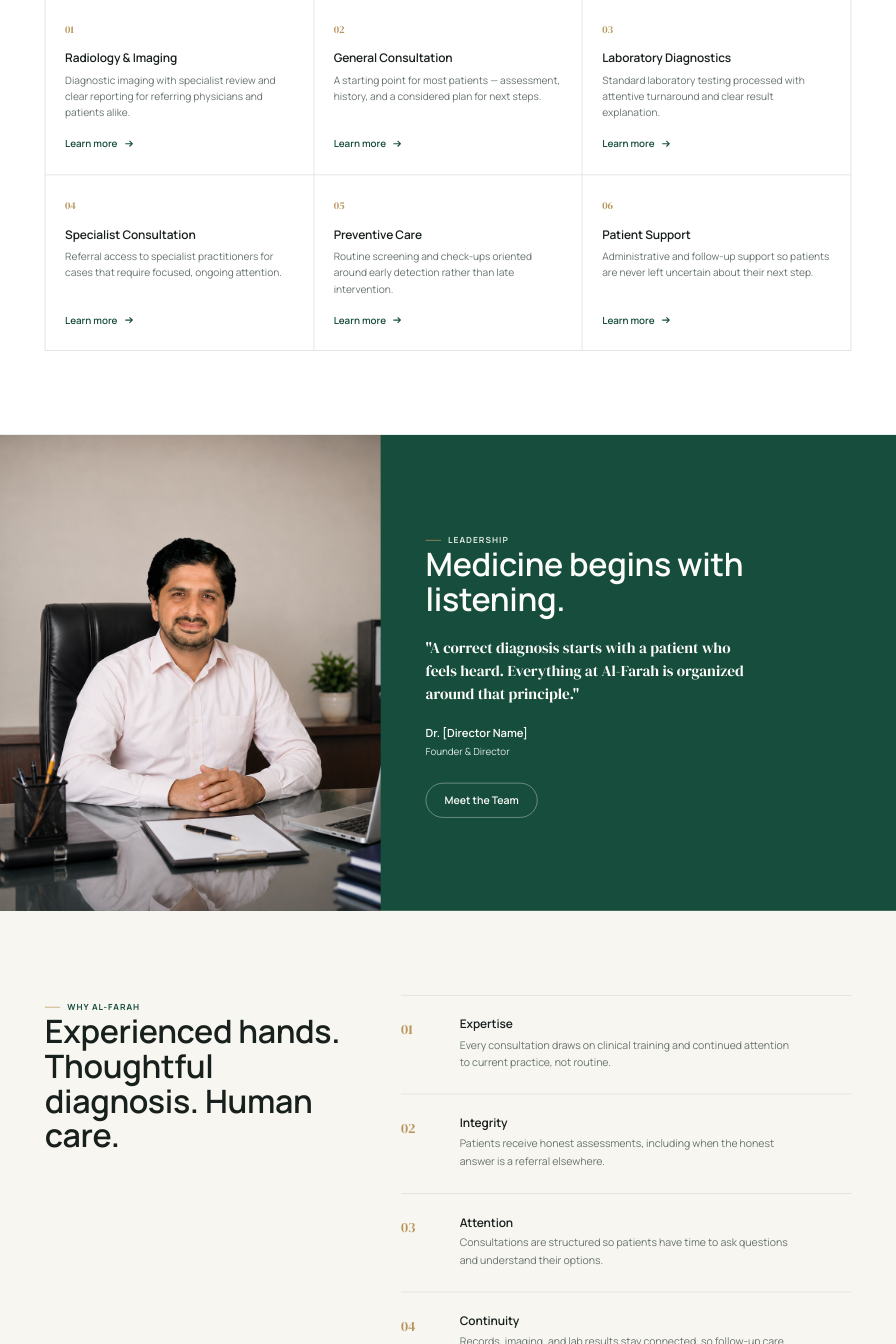
Repository: mraeesaziz45/al-farah
Page: index.html
These files come from the project's save history. The page is drawn as it stood at one moment and after the next save; the edit follows.
The browser window is 1280 px wide. The pictures show the part of the page from y = 1896 to 3816 px (the page is 5846 px tall), at 70% of full size.

Above is the page before, as saved 2026-09-08 17:59:12.

After the next save:
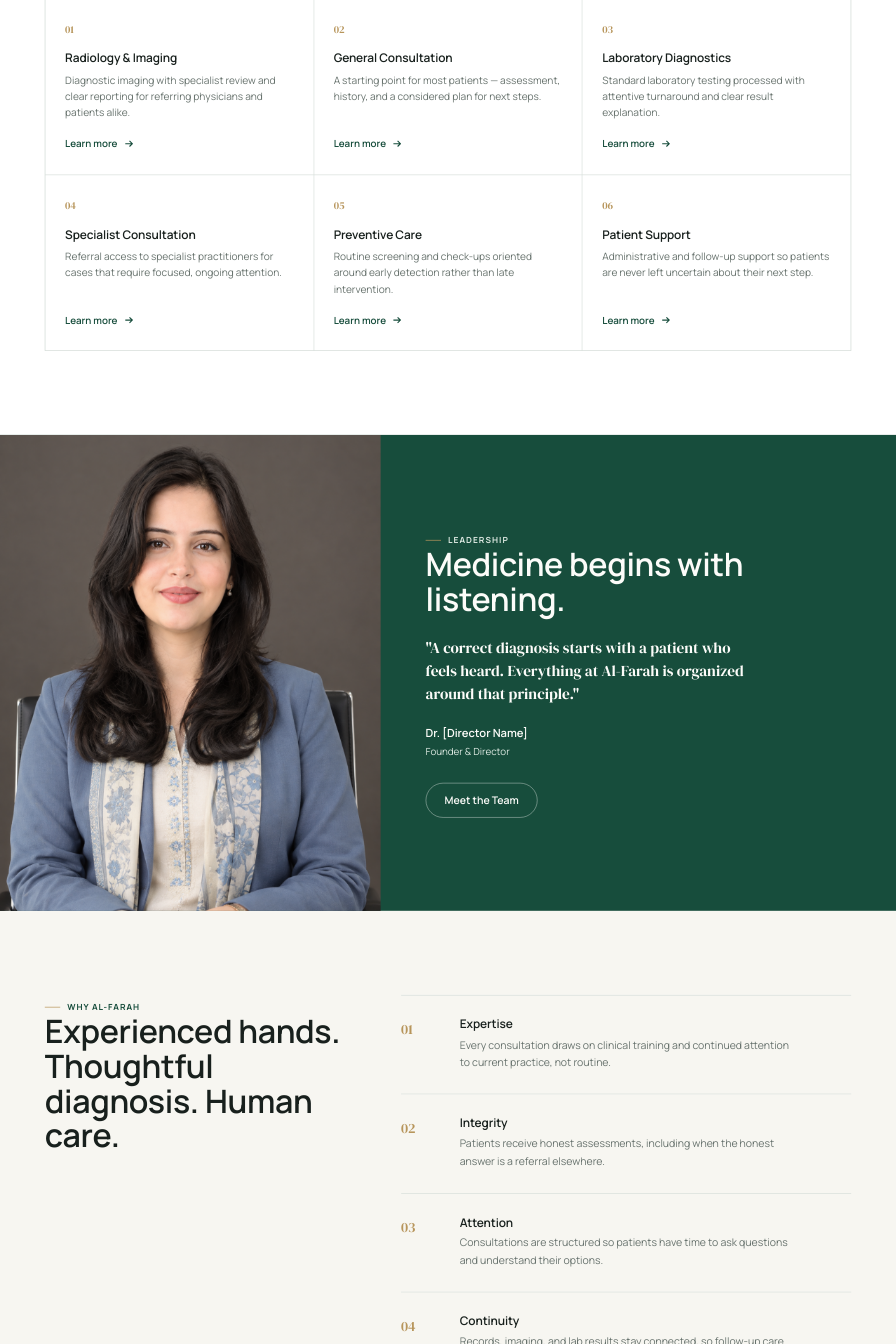
Saved 6 min 45 s later.
--- a/index.html
+++ b/index.html
@@ -183,7 +183,7 @@
   <!-- FEATURED LEADER -->
   <section class="feature-leader bg-forest">
     <div class="feature-leader-media">
-      <img src="assets/images/team/director-home-3.png" alt="Portrait of the Founder and Director" width="1000" height="1250" loading="lazy" decoding="async">
+      <img src="assets/images/team/director-partner.png" alt="Portrait of the Founder and Director" width="1000" height="1250" loading="lazy" decoding="async">
     </div>
     <div class="feature-leader-content">
       <div data-reveal>
